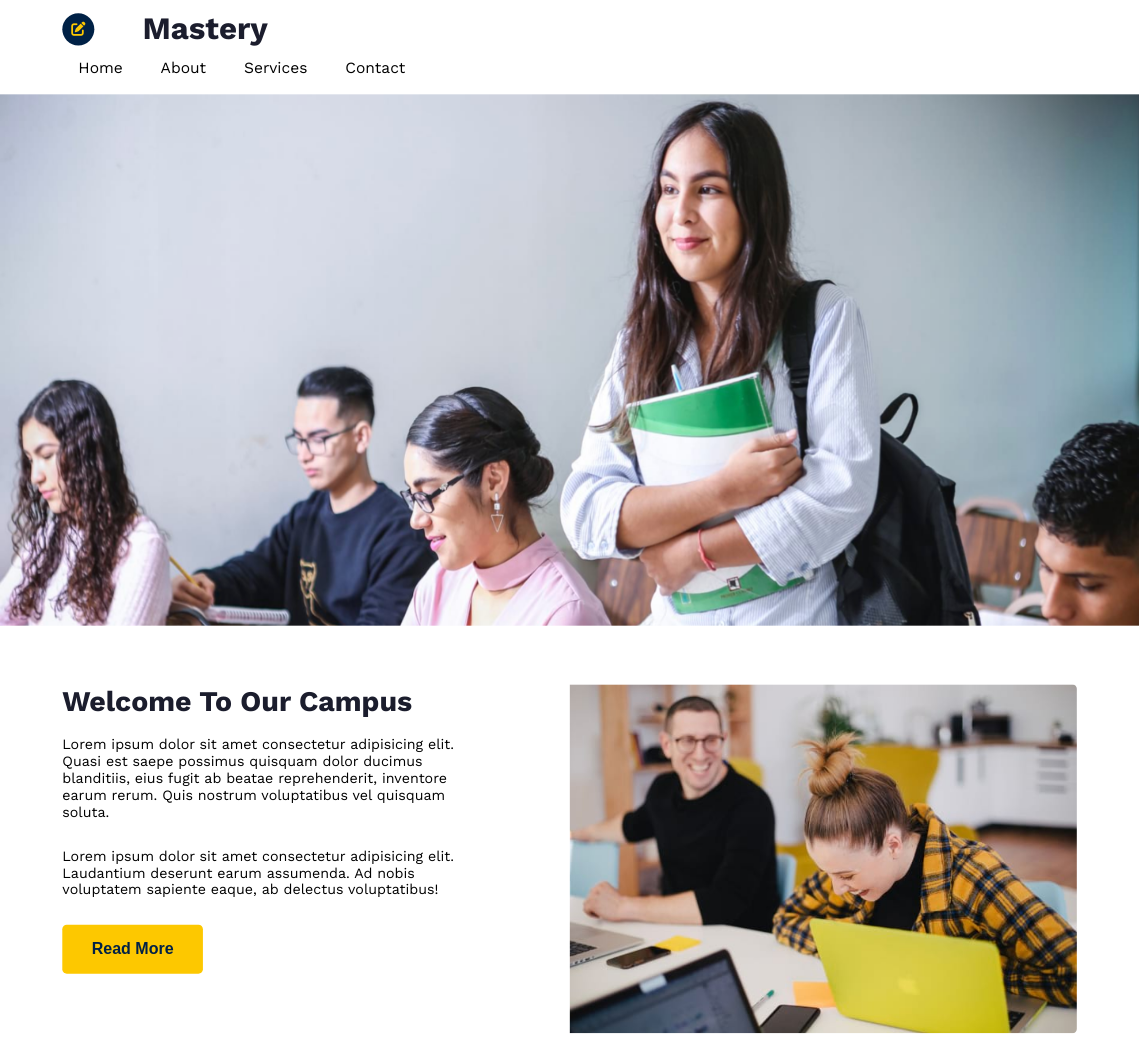
Repository: giahuy405/BC38__Mastery__Pham_Gia_Huy
Page: index.html
These files come from the project's save history. The page is drawn as it stood at one moment and after the next save; the edit follows.
The browser window is 1280 px wide. The pictures show the whole page, at 89% of full size.
The pointer rests on the first visible `.welcome__content button`.

Above is the page before, as saved 2022-09-09 16:54:14.

### index.html
<!DOCTYPE html>
<html lang="en">
<head>
    <meta charset="UTF-8">
    <meta http-equiv="X-UA-Compatible" content="IE=edge">
    <meta name="viewport" content="width=device-width, initial-scale=1.0">
    <title>Document</title>
    <link href="https://fonts.googleapis.com/css2?family=Montserrat:wght@300;400;500;700;900&family=Work+Sans:wght@300;400;500;700&display=swap" rel="stylesheet">
    <link rel="stylesheet" href="https://cdnjs.cloudflare.com/ajax/libs/font-awesome/6.2.0/css/all.min.css">
    <link rel="stylesheet" href="./index.css">
</head>
<body>
    <header>
        <div class="container">
            <i class="fa-solid fa-pen-to-square"></i>
            <div class="header__title">
                <h1>Mastery</h1>
            </div>
        </div>
    </header>
    <nav>
        <div class="container">
            <ul>
                <li><div class="wrapper"><span class="square individual"><a class="ninth before after"  href="#">Home</a></span></div></li>
                <li><div class="wrapper"><span class="square individual"><a class="ninth before after"  href="#">About</a></span></div></li>
                <li><div class="wrapper"><span class="square individual"><a class="ninth before after"  href="#">Services</a></span></div></li>
                <li><div class="wrapper"><span class="square individual"><a class="ninth before after"  href="#">Contact</a></span></div></li>
            </ul>
        </div>
    </nav>
    <div class="carousel">
        <img src="./img/carousel__website.png" alt="">
    </div>
    <div class="welcome container">
        <div class="welcome__content">
            <h1>Welcome To Our Campus</h1>
            <p>Lorem ipsum dolor sit amet consectetur adipisicing elit. Quasi est saepe possimus quisquam dolor ducimus blanditiis, eius fugit ab beatae reprehenderit, inventore earum rerum. Quis nostrum voluptatibus vel quisquam soluta.</p>

            <p>Lorem ipsum dolor sit amet consectetur adipisicing elit. Laudantium deserunt earum assumenda. Ad nobis voluptatem sapiente eaque, ab delectus voluptatibus!</p>
            <button>Read More</button>
        </div>
        <div class="welcome__img">
            <img src="./img/g1.jpg" alt="">
        </div>
        <div class="clear"></div>
    </div>


</body>
</html>

### index.css
*{
    padding: 0;
    margin: 0;
    box-sizing: border-box;
}
.clear{
    clear: both;
}
html{
    font-size: 16px;
    font-family: 'Work Sans', sans-serif;
}
.container{
    width: 1140px;
    margin: 0 auto;
}
header{
    position: relative;
    margin-top: 15px;
}
.header__title{
    display: inline-block;
     position: absolute;
     top: -4px;
    left: 160px;
}
.header__title h1{
    font-size: 35px;
    color: #1b1d2d;
}
header i{
    background-color: #002146;
    height: 36px;
    width: 36px;
    border-radius: 50%;
    color: #fdc800;
    text-align: center;
    padding-top: 9px;

}
nav ul{
    list-style: none;
    margin-top: 15px;
    margin-left: 18px;

}
nav li{
    display: inline;
    margin-right: 30px;
}

 /* Hiệu ứng hover cho Nav */
.wrapper{
    margin:2em 0;
    display: inline;
    font-size: 7px;
  }
a,a:visited,a:hover,a:active{
    -webkit-backface-visibility:hidden;
            backface-visibility:hidden;
      position:relative;
    transition:0.5s color ease;
      text-decoration:none;
      color:black;
      font-size:2px;
}
a:hover{
    color:#fdc800;
}
a.before:before,a.after:after{
content: "";
transition:0.5s all ease;
-webkit-backface-visibility:hidden;
        backface-visibility:hidden;
position:absolute;
}
a.before:before{
top:-0.25em;
}
a.after:after{
bottom:-0.25em;
}
a.before:before,a.after:after{
height:5px;
height:0.2rem;
width:0;
background:#fdc800;
}
a.first:after{
left:0;
}
a.second:after{
right:0;
}
a.third:after,a.sixth:before,a.sixth:after{
left:50%;
-webkit-transform:translateX(-50%);
        transform:translateX(-50%);
}
a.fourth:before,a.fourth:after{
left:0;
}
a.fifth:before,a.fifth:after{
right:0;
}
a.seventh:before{
right:0;
}
a.seventh:after{
left:0;
}
a.eigth:before{
left:0;
}
a.eigth:after{
right:0;
}
a.before:hover:before,a.after:hover:after{
width:100%;
}
.square{
box-sizing:border-box;
margin-left:-0.4em;
position:relative;
font-size:2.5em;
overflow:hidden;
}
.square a{
position:static;
font-size:100%;
padding:0.2em 0.4em;
}
.square:before,.square:after{
content: "";
box-sizing:border-box;
transition:0.25s all ease;
-webkit-backface-visibility:hidden;
        backface-visibility:hidden;
position:absolute;
width:5px;
width:0.2rem;
height:0;
background:#fdc800;
}
.square:before{
left:0;
bottom:-0.2em;
}
.square.individual:before{
transition-delay:0.6s;
}
.square:after{
right:0;
top:-0.2em;
}
.square.individual:after{
transition-delay:0.2s;
}
.square a:before{
left:0;
transition:0.25s all ease;
}
.square a:after{
right:0;
transition:0.25s all ease;
}
.square.individual a:after{
transition:0.25s all ease 0.4s;
}
.square:hover:before,.square:hover:after{
height:calc(100% + 0.4em);
}
.square:hover a:before,.square:hover a:after{
width:100%;
}
.carousel{
    width: 100%;
    margin-top: 20px;
}
.carousel img{
max-width: 100%;
height: 597px;
}
.welcome{
    margin-top: 62px;
}
.welcome__content h1{
    margin-bottom: 20px;
    color: #1b1d2d;
}
.welcome__content{
    padding-right: 100px;
}
.welcome__content p{
    margin-bottom: 30px;
}
.welcome__content button{
    padding: 17px 33px;
    font-size: 18px;
    font-weight:700;
    color: #002146;
    background-color: #fdc800;
    border: none;
    border-radius: 5px;
}
.welcome__content,.welcome__img{
    width: 50%;
    float: left;
}
.welcome__img img{
    width: 100%;
    border-top-right-radius: 5px;
    border-bottom-right-radius: 5px;
}

After the next save:
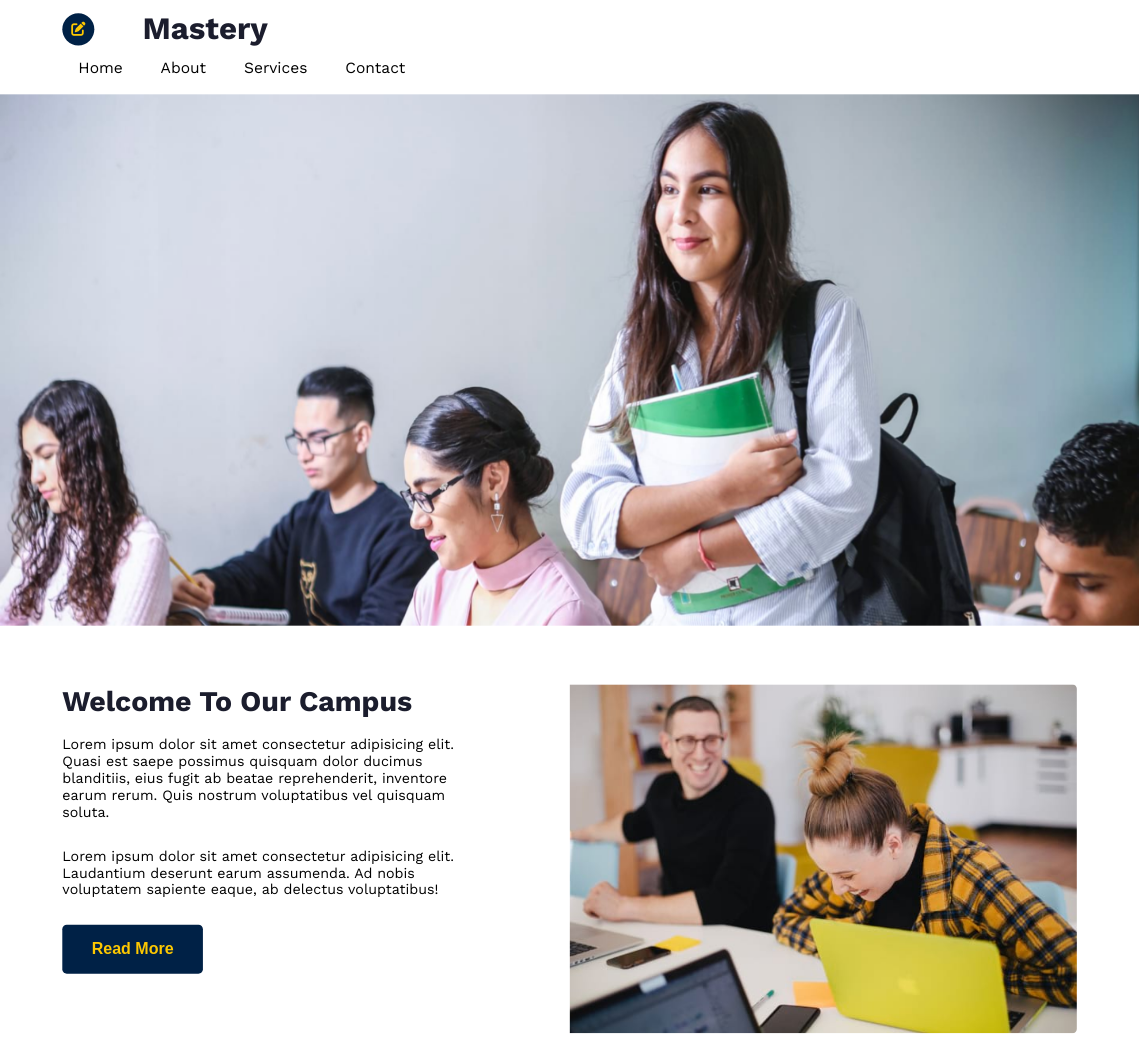
Saved 20 s later.
--- a/index.css
+++ b/index.css
@@ -203,6 +203,10 @@ height: 597px;
     border: none;
     border-radius: 5px;
 }
+.welcome__content button:hover{
+    background-color: #002146;
+    color: #fdc800;
+}
 .welcome__content,.welcome__img{
     width: 50%;
     float: left;
